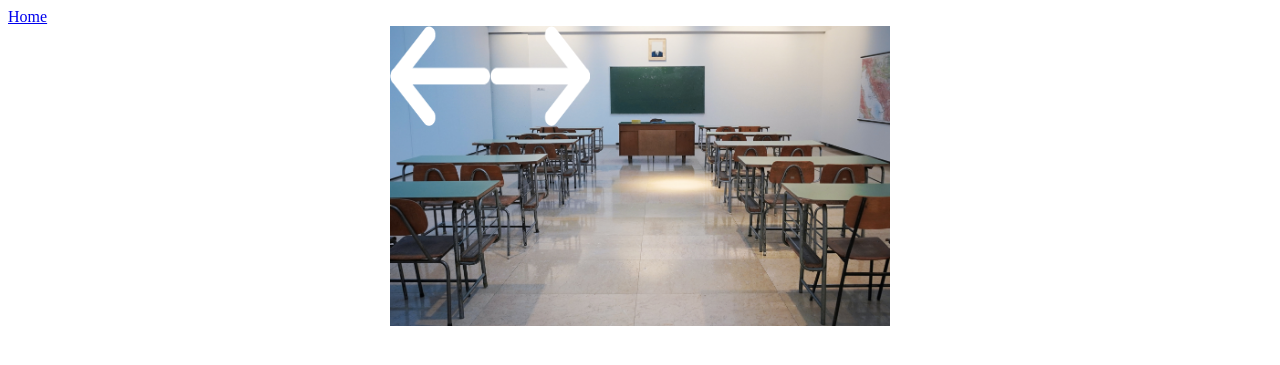
Repository: sierralaurent/Class08-UseEffect
Page: /carouselPage
These files come from the project's save history. The page is drawn as it stood at one moment and after the next save; the edit follows.
The browser window is 1280 px wide. The pictures show the whole page.
The project was rebuilt for these pictures with package versions that can differ from the ones it lists, and the page was loaded fresh each time. The framework's server and built-in components were replaced by stand-ins that run in the browser. Also part of the build but not shown: next.config.js.

Above is the page before, as saved 2023-02-20 17:03:50.

After the next save:
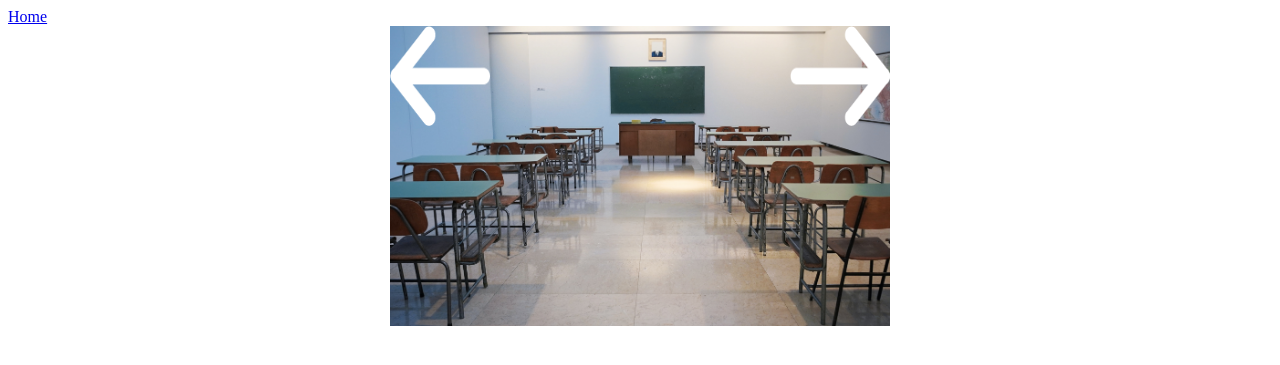
Saved 5 s later.
--- a/components/carousel/index.js
+++ b/components/carousel/index.js
@@ -33,14 +33,14 @@ const changeImage = (change) => {
             width: 500,
             height: 300
         }}>
-            <Image
+            <Image className={styles.arrow1}
             src={"/icons/leftArrow.png"}
             alt={"/icons/leftArrow.png"}
             width={100}
             height={100}
             onClick={() => changeImage("backward")}
             />
-            <Image
+            <Image className={styles.arrow2}
             src={"/icons/rightArrow.png"}
             alt={"/icons/rightArrow.png"}
             width={100}
